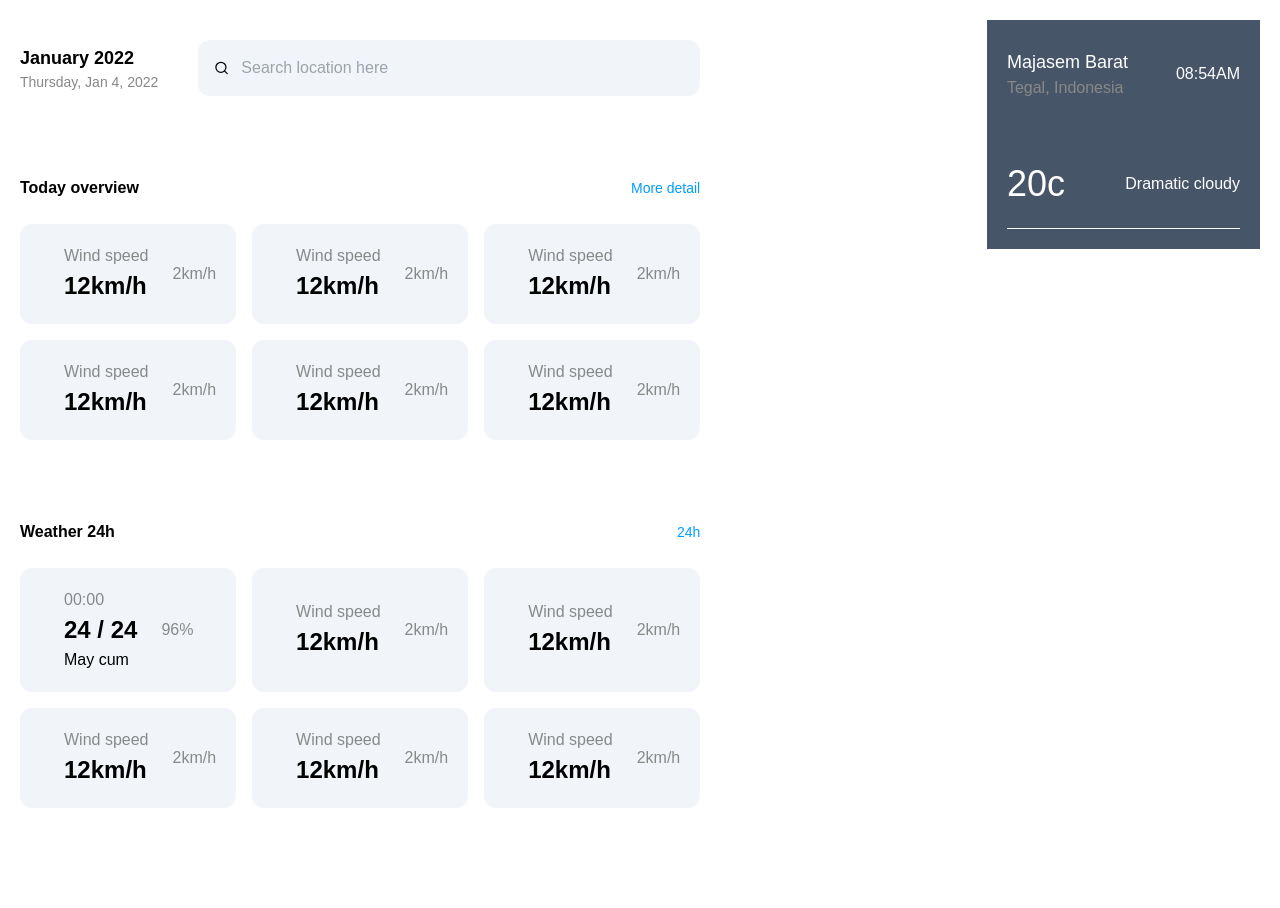
Repository: theweirdboiz/datawarehouse-ui
Page: /
An editor plug-in stored every save of this project. The page is shown before and after the next save, followed by the edit.
The browser window is 1280 px wide. The pictures show the whole page.
The project was rebuilt for these pictures with package versions that can differ from the ones it lists, and the page was loaded fresh each time. Also part of the build but not shown: vite.config.js.

Above is the page before, as saved 2022-11-23 18:34:11.

After the next save:
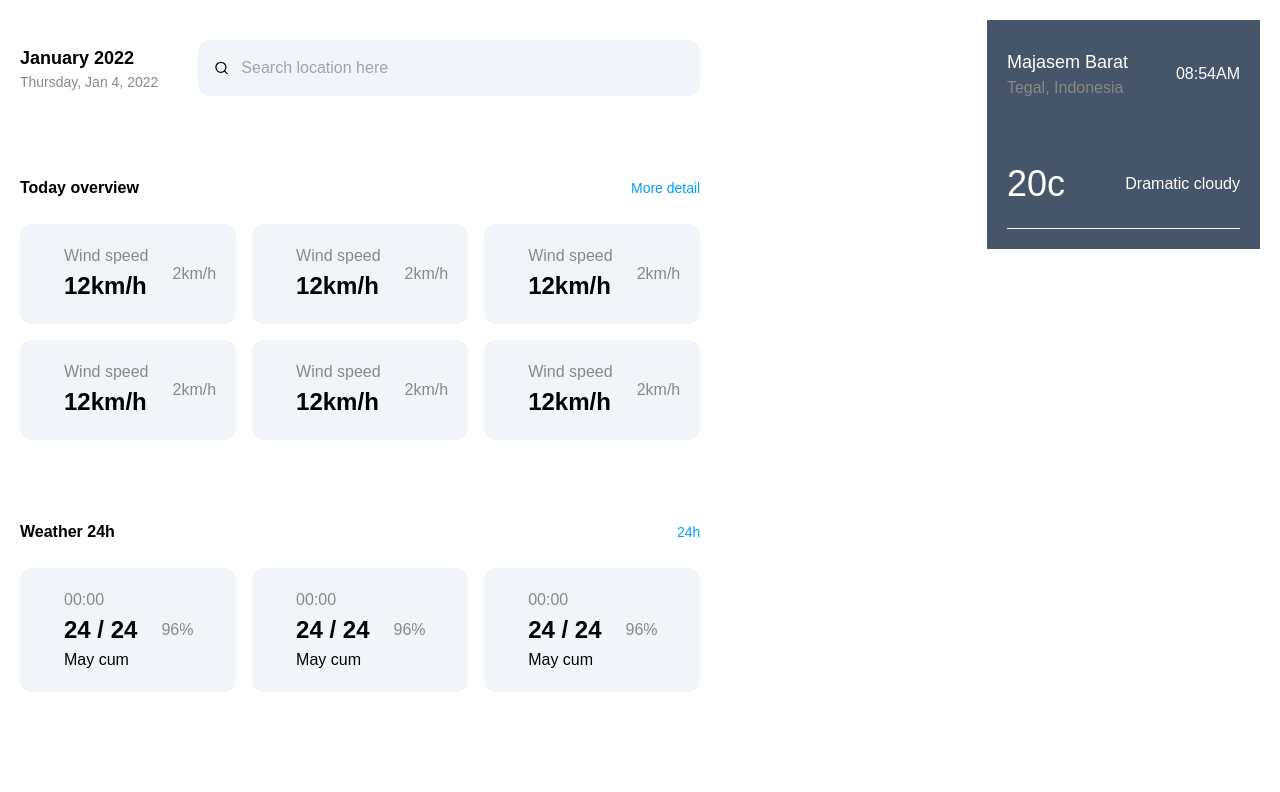
Saved 2 min 0 s later.
--- a/src/App.jsx
+++ b/src/App.jsx
@@ -112,42 +112,20 @@ function App() {
                 <div className="content__detail-item p-5 flex items-center gap-x-6 bg-slate-100 rounded-xl">
                   <i></i>
                   <div className="speed flex flex-col">
-                    <h4 className="text-[#888]">Wind speed</h4>
-                    <span className="text-[24px] font-semibold">12km/h</span>
+                    <h4 className="text-[#888]">00:00</h4>
+                    <span className="text-[24px] font-semibold">24 / 24</span>
+                    <span>May cum</span>
                   </div>
-                  <span className="text-[#888]">2km/h</span>
+                  <span className="text-[#888]">96%</span>
                 </div>
                 <div className="content__detail-item p-5 flex items-center gap-x-6 bg-slate-100 rounded-xl">
                   <i></i>
                   <div className="speed flex flex-col">
-                    <h4 className="text-[#888]">Wind speed</h4>
-                    <span className="text-[24px] font-semibold">12km/h</span>
+                    <h4 className="text-[#888]">00:00</h4>
+                    <span className="text-[24px] font-semibold">24 / 24</span>
+                    <span>May cum</span>
                   </div>
-                  <span className="text-[#888]">2km/h</span>
-                </div>
-                <div className="content__detail-item p-5 flex items-center gap-x-6 bg-slate-100 rounded-xl">
-                  <i></i>
-                  <div className="speed flex flex-col">
-                    <h4 className="text-[#888]">Wind speed</h4>
-                    <span className="text-[24px] font-semibold">12km/h</span>
-                  </div>
-                  <span className="text-[#888]">2km/h</span>
-                </div>
-                <div className="content__detail-item p-5 flex items-center gap-x-6 bg-slate-100 rounded-xl">
-                  <i></i>
-                  <div className="speed flex flex-col">
-                    <h4 className="text-[#888]">Wind speed</h4>
-                    <span className="text-[24px] font-semibold">12km/h</span>
-                  </div>
-                  <span className="text-[#888]">2km/h</span>
-                </div>
-                <div className="content__detail-item p-5 flex items-center gap-x-6 bg-slate-100 rounded-xl">
-                  <i></i>
-                  <div className="speed flex flex-col">
-                    <h4 className="text-[#888]">Wind speed</h4>
-                    <span className="text-[24px] font-semibold">12km/h</span>
-                  </div>
-                  <span className="text-[#888]">2km/h</span>
+                  <span className="text-[#888]">96%</span>
                 </div>
               </div>
             </div>
